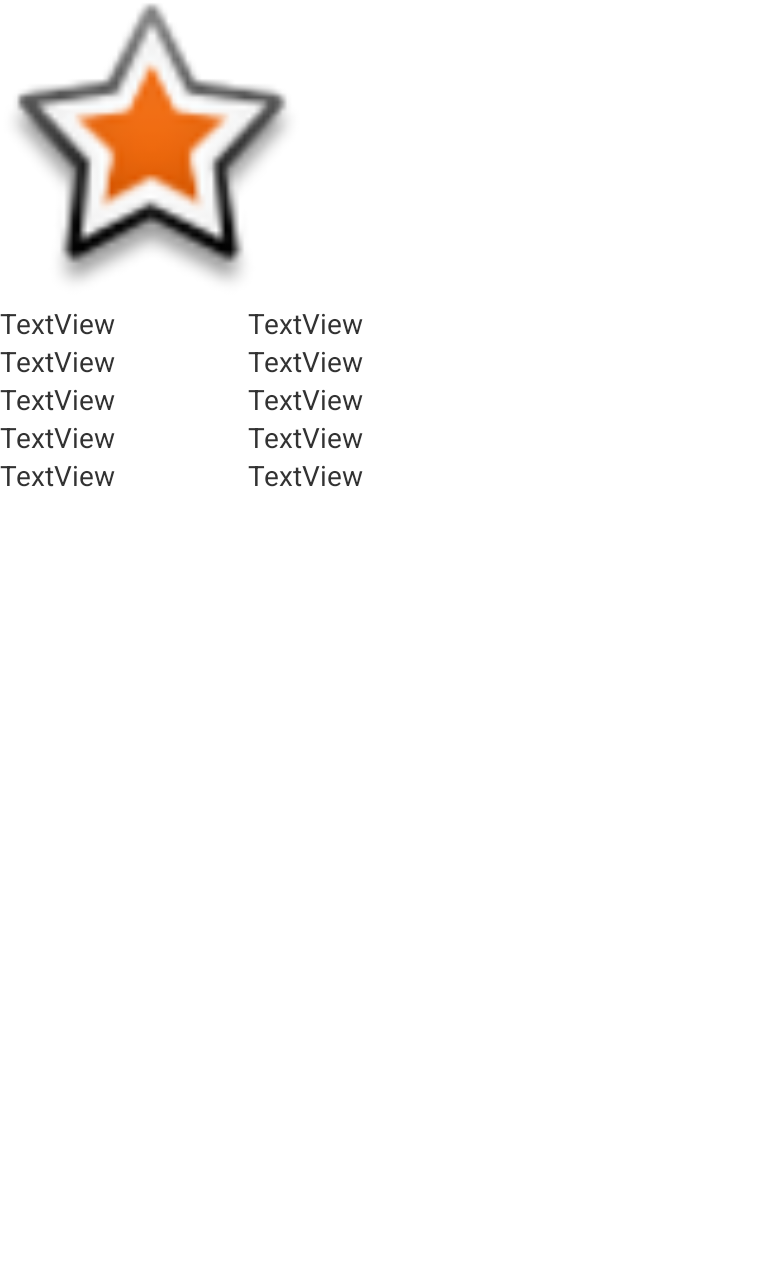
Repository: tyrelltle/LocationService
Layout: iamsingle/iamsingle/res/layout/activity_userinfo.xml
These files come from the project's save history. The layout is drawn as it stood at one moment and after the next save; the edit follows.
It is drawn on a 768 x 1280 px phone screen (xhdpi) without system bars, with theme AppTheme; the app's code is not run.

Above is the layout before, as saved 2013-08-10 19:11:56.

After the next save:
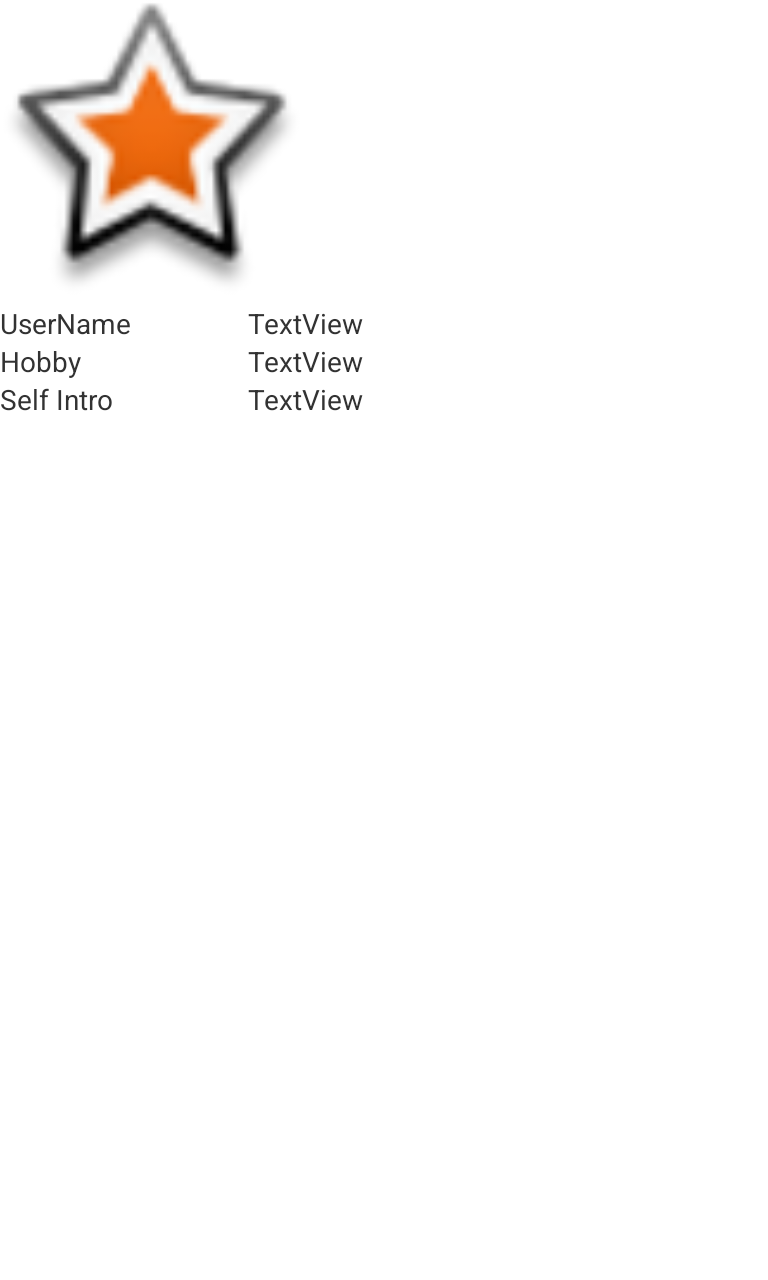
Saved 2 min 33 s later.
--- a/iamsingle/iamsingle/res/layout/activity_userinfo.xml
+++ b/iamsingle/iamsingle/res/layout/activity_userinfo.xml
@@ -27,7 +27,7 @@
 	            android:id="@+id/TextView02"
 	            android:layout_width="106dp"
 	            android:layout_height="wrap_content"
-	            android:text="TextView" />
+	            android:text="UserName" />
 
 	        <TextView
 	            android:id="@+id/txt_username"
@@ -47,10 +47,10 @@
             android:id="@+id/TextView05"
             android:layout_width="106dp"
             android:layout_height="wrap_content"
-            android:text="TextView" />
+            android:text="Hobby" />
 
         <TextView
-            android:id="@+id/TextView04"
+            android:id="@+id/txt_hobby"
             android:layout_width="106dp"
             android:layout_height="wrap_content"
             android:layout_marginLeft="18dp"
@@ -66,48 +66,10 @@
             android:id="@+id/TextView03"
             android:layout_width="106dp"
             android:layout_height="wrap_content"
-            android:text="TextView" />
+            android:text="Self Intro" />
 
         <TextView
-            android:id="@+id/TextView01"
-            android:layout_width="106dp"
-            android:layout_height="wrap_content"
-            android:layout_marginLeft="18dp"
-            android:text="TextView" />
-    </TableRow>
-
-        <TableRow
-        android:id="@+id/TableRow02"
-        android:layout_width="wrap_content"
-        android:layout_height="wrap_content" >
-
-        <TextView
-            android:id="@+id/TextView05"
-            android:layout_width="106dp"
-            android:layout_height="wrap_content"
-            android:text="TextView" />
-
-        <TextView
-            android:id="@+id/TextView04"
-            android:layout_width="106dp"
-            android:layout_height="wrap_content"
-            android:layout_marginLeft="18dp"
-            android:text="TextView" />
-    </TableRow>
-
-    <TableRow
-        android:id="@+id/TableRow01"
-        android:layout_width="wrap_content"
-        android:layout_height="wrap_content" >
-
-        <TextView
-            android:id="@+id/TextView03"
-            android:layout_width="106dp"
-            android:layout_height="wrap_content"
-            android:text="TextView" />
-
-        <TextView
-            android:id="@+id/TextView01"
+            android:id="@+id/txt_desc"
             android:layout_width="106dp"
             android:layout_height="wrap_content"
             android:layout_marginLeft="18dp"
@@ -116,6 +78,4 @@
 
     </TableLayout>
 
-
-
 </LinearLayout>
